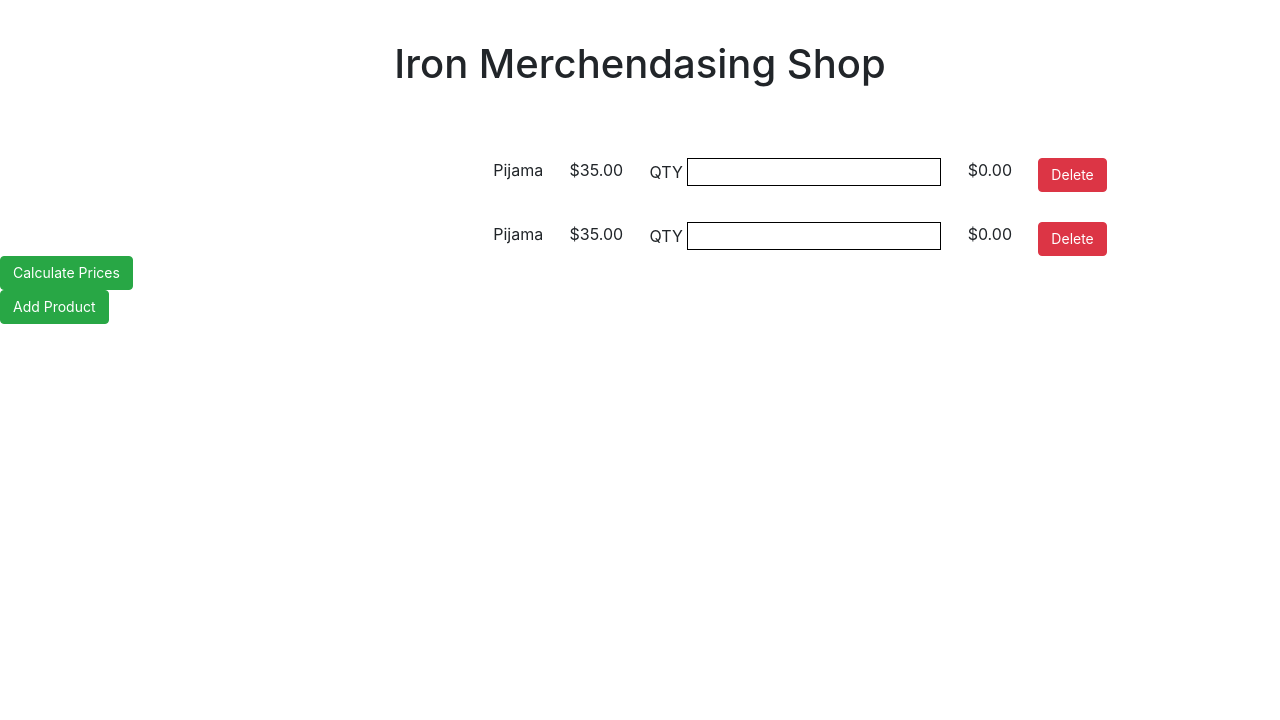
Repository: konstantin0s/lab-cart-DOM
Page: index.html
An editor plug-in stored every save of this project. The page is shown before and after the next save, followed by the edit.
The browser window is 1280 px wide. The pictures show the whole page.
Some web libraries are served in a nearby version.

Above is the page before, as saved 2019-02-03 09:33:27.
Console error: ReferenceError: getTotalPrice is not defined

### index.html
<!DOCTYPE html>
<html lang="en">
<head>
  <meta charset="UTF-8">
  <meta name="viewport" content="width=device-width, initial-scale=1.0">
  <meta http-equiv="X-UA-Compatible" content="ie=edge">
  <link rel="stylesheet" href="https://cdnjs.cloudflare.com/ajax/libs/normalize/5.0.0/normalize.min.css">
  <link rel="stylesheet" href="./css/style.css">
  <link rel="stylesheet" href="https://stackpath.bootstrapcdn.com/bootstrap/4.2.1/css/bootstrap.min.css">
  <title>Ironhack cart</title>
</head>

<body>
  <h1  class="title">Iron Merchendasing Shop</h1>
<!--
  <div class="container mt-4" id="amess">
    <h1 class="display-4 text-center">
      <i class="fas fa-book-open text-primary"></i>
      My <span class="text-primary">Products</span>List
      </h1>
      <form action="" id="product-form">
        <div class="form-group">
          <label for="product">Product</label>
          <input id="newProd" class="form-control" type="text">
        </div>
        <div class="form-group">
          <label for="price">$:</label>
          <input id="newPrice" class="form-control" type="text">
        </div>
        <div class="form-group">
          <label for="quantity">QTY</label>
          <input id="newQty" class="form-control" type="text">
        </div>
        <input type="submit" value="Add Product"
          class="btn btn-primary btn-block">
     </form>
        <table class="table table-striped">
          <thead>
            <tr>
              <th>Product:</th>
              <th class="fPrice">Price:</th>
              <th class="fQua">Quantity:</th>
              <th class="fTotal">Total:</th>
              <th></th>
            </tr>
          </thead>
            <tbody id="product-list"></tbody>
          </table>
  </div>   -->


  <div id="container">

      <div class="product">
        <div class="name">
          <span>Pijama</span>
        </div>
        <div class="price">
          $<span>35.00</span>
        </div>
        <div>
          <label>QTY</label>
          <input type="number" name="quantity" class="quantity">
        </div>
        <div class="sum">
          $<span>0.00</span>
        </div>
        <div class="remove">
            <button class="button btn-danger" type="button">Delete</button>
        </div>
      </div>

      <div class="product">
          <div class="name">
            <span>Pijama</span>
          </div>
          <div class="price">
            $<span>35.00</span>
          </div>
          <div>
            <label>QTY</label>
            <input type="number" name="quantity" class="quantity">
          </div>
          <div class="sum">
            $<span>0.00</span>
          </div>
          <div class="remove">
              <button class="button btn-danger" type="button">Delete</button>
          </div>
        </div>


    </div>


       <div class="calc-container">
            <div class="calculate">
      <button type="button" class="button btn-success" id="calc-prices-button">Calculate Prices</button>
    </div>

    <div class="addProductButton">
      <button type="button" class="button btn-success" id="addExtra">Add Product</button>
    </div>

    <div class="newRowItems">

    </div>
       </div>


      <script type="text/javascript" src="./js/index.js"></script>

</body>
</html>

### css/style.css

body{
  overflow-x: hidden;
}

.title {
  text-align: center;
  padding: 40px;
}

.container {
  display: flex;
  flex-direction: row;
}

input {
  border: solid 1px black;
}

.product {
  display: flex;
  flex-direction: row;
  justify-content: space-around;
  width: 50%;
  margin: 30px 0 0 480px;
}

.button {
  display: inline-block;
  padding: 6px 12px;
  margin-bottom: 0;
  font-size: 14px;
  font-weight: 400;
  line-height: 1.42857143;
  text-align: center;
  white-space: nowrap;
  vertical-align: middle;
  -ms-touch-action: manipulation;
  touch-action: manipulation;
  cursor: pointer;
  -webkit-user-select: none;
  -moz-user-select: none;
  -ms-user-select: none;
  user-select: none;
  background-image: none;
  border: 1px solid transparent;
  border-radius: 4px;
}

.btn-success {
    color: #fff;
    background-color: #5cb85c;
    border-color: #4cae4c;
}

.cost-1 {
  margin: 10px;

}

.input {
  margin: 10px;
}

.totalP-1 {
  margin: 10px;
}

.extraButt-container {
    display: flex;
    justify-content: space-around;
    flex-direction: column;
    margin: 240px;
}

/*
.calculate {
position:relative;
 top: -250px;
 left: 850px;
}

.remove {
  margin: 10px;
} */

.btn-danger {
    color: #fff;
    background-color: #CF000F;
    border-color: #CF000F;
}

/* .quantity {
  margin: 0px 5px;
  height: 30px;
} */
/*
.newRowItems {
  display: flex;
  flex-direction: column;

}

.newRowItems p{
 position: relative;
 top: -40px;
 left: 175px;
}

.newRowItems .sexy{
  position: relative;
  top: -2x;
  left: 20px;
 }
 .newRowItems .quan {
  position: relative;
  top: -130px;
  left: 460px;
}

 .newRowItems input{
  position: relative;
  top: -91px;
  left: 190px;
 }


 .newRowItems .inputQua{
  position: relative;
  top: -80px;
  left: 380px;
 }

  .newRowItems .defPrice{
  position: relative;
  top: -210px;
  left: 845px;
 } */

 /* style new added new products*/
 /* #amess {
   display:flex;
   width:50%;
   height: 500px;
   flex-direction: column;
   /* align-items: center; */
   /* margin-bottom: 300px;
   left: -400px;
 } */
/*
.addProductButton {
  position: relative;
  top: -283px;
  left: 999px; */

/* } */

/*
.newRowItems button {
  position: relative;
  top: -253px;
  left: 890px;
  width: 70px;
  display: inline-block;
  padding: 6px 12px;
  margin-bottom: 0;
  font-size: 14px;
  font-weight: 400;
  line-height: 1.42857143;
  text-align: center;
  white-space: nowrap;
  vertical-align: middle;
  -ms-touch-action: manipulation;
  touch-action: manipulation;
  cursor: pointer;
  -webkit-user-select: none;
  -moz-user-select: none;
  -ms-user-select: none;
  user-select: none;
  background-image: none;
  border: 1px solid transparent;
  border-radius: 4px;

} */

### js/index.js

  document.getElementById("calc-prices-button").addEventListener("click", getTotalPrice);
  document.getElementById("addExtra").addEventListener("click", createNewItemRow);
  // document.getElementById("addExtra").addEventListener("click", createQuantityNode);
  // document.getElementById("addExtra").addEventListener("click", createQuantityInput);
  // document.getElementById("addExtra").addEventListener("click", getPriceByProduct);
  document.getElementById("addExtra").addEventListener("click",   createDeleteButton);
  // document.getElementById("calc-prices-button").addEventListener("click", calculatePriceProducts);

//         var clickedElement = event.target;
//         var parentElement = event.target.parentElement;

//         Retrieves the unit price of the productv
// Retrieves the quantity of items desired
// Calculates the total price based on this data
// Updates the total price in the DOM
// getPriceByProduct();

// var productsArray = document.getElementById('form').elements;
// // var productsArray = [...document.getElementById('form').children).elements];
// console.log(productsArray);

// function calculatePriceProducts() {
//   var result = 0;
//   productsArray.forEach(function(index) {
//     var priceItem = document.getElementsByClassName("cost-" + index.toString()).value;
//     var num = parseFloat(priceItem.replace(/[^0-9.]/g, ""));
//     var quantity = document.getElementsByClassName("total-" + index.toString()).value;
//     quantity = parseInt(quantity);
//     var total = quantity * num;
//     document.getElementsByClassName("totalP-" + num.toString()).innerHTML = total;
//     result += total;
//   })
//   document.getElementsByClassName("price2").textContext = result;
// }




function deleteItem(e){

}

function getPriceByProduct(itemNode){
  // var h5 = document.createElement("H5");                       // Create a <p> element
  // itemNode = document.createTextNode("$0 ");
  // h5.className = 'defPrice';     // Create a text node
  // h5.appendChild(itemNode);                                          // Append the text to <p>
  // document.getElementsByClassName("newRowItems")[0].appendChild(h5);
}


function updatePriceByProduct(productPrice, index){

}

// function getTotalPrice(result) {
//    var getQuantity = parseInt(document.getElementById('costUnit').value);
//    var getInput = parseInt(document.getElementById('quantity').value);
//    var result = getQuantity * getInput;

// //    var elements = document.getElementById("my-form").elements;
// //    for (var i = 0; i < elements.length; i++) {

// // }

//     if (!result) {
//     document.getElementsByClassName("totalP-1")[0].innerHTML = "Add Num";
//   } else {
//     document.getElementsByClassName("totalP-1")[0].innerHTML = "Total price is = $" + result;
//   }
// }




function createQuantityInput() {
// var label = document.createElement("LABEL");
// label.className = 'inputQua';
// var quaInput = document.createElement("INPUT");
// label.appendChild(quaInput);
// document.getElementsByClassName('newRowItems')[0].appendChild(label);
}

function createDeleteButton(){
// var button = document.createElement("BUTTON");
// button.className = 'button btn-delete';
// var quaDel = document.createTextNode("Delete");
// button.appendChild(quaDel);
// document.getElementsByClassName('newRowItems')[0].appendChild(button);
}

function createQuantityNode(){
  // var h5 = document.createElement("H5");
  // h5.className = 'quan';                       // Create a <p> element
  // var quaNode = document.createTextNode("Quantity: ");      // Create a text node
  // h5.appendChild(quaNode);                                          // Append the text to <p>
  // document.getElementsByClassName("newRowItems")[0].appendChild(h5);
}

function createItemNode(dataType, itemData){

}

function createNewItemRow(itemName, itemUnitPrice){
  // var h5 = document.createElement("H5");                       // Create a <p> element
  // itemName = document.createTextNode("Sexy Shirt: ");
  // h5.className = 'sexy';     // Create a text node
  // h5.appendChild(itemName);                                          // Append the text to <p>
  // document.getElementsByClassName("newRowItems")[0].appendChild(h5);

  // var label = document.createElement("LABEL");
  // var par = document.createElement("P");                       // Create a <p> element
  // var dollar = document.createTextNode("$");
  // par.appendChild(dollar);
  // itemUnitPrice = document.createElement("INPUT");
  // label.appendChild(itemUnitPrice);
  // document.getElementsByClassName('newRowItems')[0].appendChild(par);
  // document.getElementsByClassName('newRowItems')[0].appendChild(label);

}

function createNewItem(){

}

// window.onload = function(){
//   var calculatePriceButton = document.getElementById('calc-prices-button');
//   var createItemButton = document.getElementById('new-item-create');
//   var deleteButtons = document.getElementsByClassName('btn-delete');

//   calculatePriceButton.onclick = getTotalPrice;
//   createItemButton.onclick = createNewItem;

//   for(var i = 0; i<deleteButtons.length ; i++){
//     deleteButtons[i].onclick = deleteItem;
//   }
// };




// class Product {
//   constructor(name, price, quantity) {
//     this.name = name;
//     this.price = price;
//     this.quantity = quantity;
//   }
// }

// //local storage
// class Store {
//   static getProducts() {
//     var products;
//     if (localStorage.getItem('products') === null) {
//       products = [];
//     } else {
//       products = JSON.parse(localStorage.getItem('products'));
//     }

//     return products;
//   }

//   static addProduct(product) {
//      var products = Store.getProducts();
//        products.push(product);
//        localStorage.setItem('products', JSON.stringify(products));
//   }

//   static removeProduct(quantity) {
//     var products = Store.getProducts();
//     products.forEach((product, index) => {
//       if (product.quantity === quantity) {
//         products.splice(index, 1);
//       }
//     });

//     localStorage.setItem('products', JSON.stringify(products));

//   }
// }

// class UI {
//   static displayProducts() {

//      const products = Store.getProducts();

//      products.forEach((product) => UI.addProductToList(product));

//      }
//      static addProductToList(product) {
//       var list = document.querySelector("#product-list");
//       var  row = document.createElement("TR");
//       row.innerHTML = `
//       <td>${product.name}</td>
//       <td>${product.price}</td>
//       <td>${product.quantity}</td>
//       <td><a href="#" class="btn btn-danger btn-sm
//        delete">X</a></td>
//      `;

//       list.appendChild(row);
//   }

//   static deleteProduct(el) {
//     if (el.classList.contains("delete")) {
//         el.parentElement.parentElement.remove(); // deletes tr
//     }
//   }

//   static showAlert(message, className) {
//   var div = document.createElement('div');
//      div.className = `alert alert-${className}`;
//      div.appendChild(document.createTextNode(message));
//      var container = document.querySelector('#amess');
//      var form = document.querySelector('#product-form');
//      container.insertBefore(div, form);
//      setTimeout(() => document.querySelector('.alert').remove(), 3000);
//   }

//   static clearFields() {
//     const name = document.querySelector("#newProd").value = "";
//     const price = document.querySelector("#newPrice").value = "";
//     const quantity = document.querySelector("#newQty").value = "";
//   }
// }


// document.addEventListener("DOMContentLoaded", UI.displayProducts);

// document.querySelector("#product-form").addEventListener("submit", (e) => {
//   // e.preventDefault();
//   const name = document.querySelector("#newProd").value;
//   const price = document.querySelector("#newPrice").value;
//   const quantity = document.querySelector("#newQty").value;

//   //validate
//   if (name === '' || price === '' || quantity === '') {
//     UI.showAlert('please fill in all fields', 'danger');
//   } else {
//     const product = new Product(name, price, quantity);

//     UI.addProductToList(product);

//     //add product to Store
//     Store.addProduct(product);

//     UI.clearFields();
//   }


// });

// //delete product
// document.querySelector("#product-list").addEventListener("click", (e) => {
//   UI.deleteProduct(e.target);

//   //remove product from store
// Store.removeProduct(e.target.parentElement.previousElementSibling.textContent);

// });

After the next save:
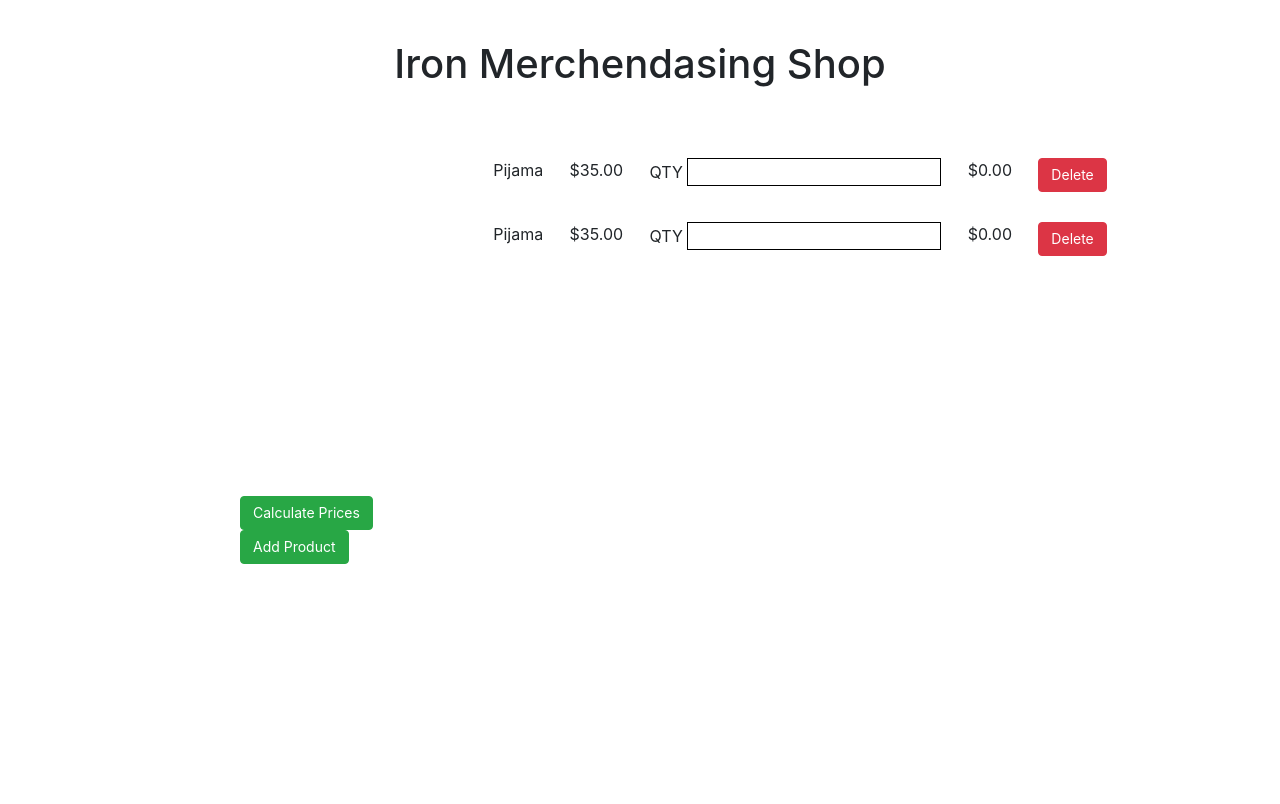
Saved 23 s later.
--- a/index.html
+++ b/index.html
@@ -93,10 +93,10 @@
     </div>
 
 
-       <div class="calc-container">
-            <div class="calculate">
-      <button type="button" class="button btn-success" id="calc-prices-button">Calculate Prices</button>
-    </div>
+       <div class="extraButt-container">
+      <div class="calculate">
+         <button type="button" class="button btn-success" id="calc-prices-button">Calculate Prices</button>
+      </div>
 
     <div class="addProductButton">
       <button type="button" class="button btn-success" id="addExtra">Add Product</button>

After the save that followed:
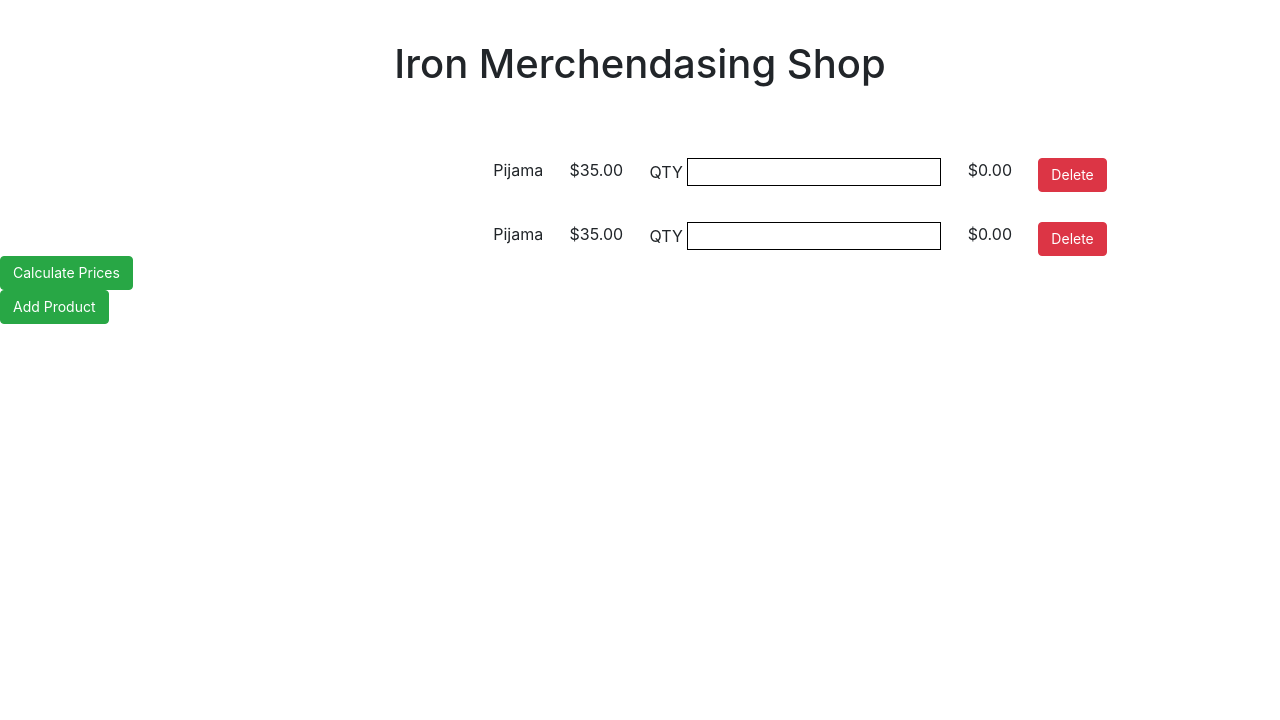
Saved 40 s later.
--- a/index.html
+++ b/index.html
@@ -93,12 +93,12 @@
     </div>
 
 
-       <div class="extraButt-container">
+       <div class="addBC-container">
       <div class="calculate">
          <button type="button" class="button btn-success" id="calc-prices-button">Calculate Prices</button>
       </div>
 
-    <div class="addProductButton">
+    <div class="addPBtn">
       <button type="button" class="button btn-success" id="addExtra">Add Product</button>
     </div>
 
